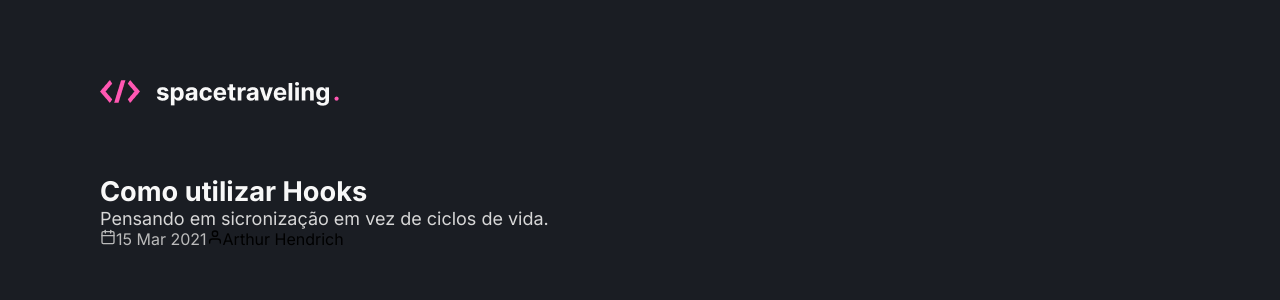
Repository: ArthurHendrich/Ignite-NextJS
Page: /
The author's editor kept a copy of each file at every save. The page is drawn from the files as they stood at one save, then again after the next save.
The browser window is 1280 px wide. The pictures show the whole page.
The project was rebuilt for these pictures with package versions that can differ from the ones it lists, and the page was loaded fresh each time. The framework's server and built-in components were replaced by stand-ins that run in the browser.

Above is the page before, as saved 2022-07-09 15:42:55.

### src/pages/_document.tsx
import Document, { Head, Html, Main, NextScript } from 'next/document';

export default class MyDocument extends Document {
  render() {
    return (
      <Html>
        <Head>
          <link rel="preconnect" href="https://fonts.googleapis.com" />
          <link href="https://fonts.googleapis.com/css2?family=Inter:wght@400;600;700&display=swap" rel="stylesheet" />
        </Head>
        <body>
          <Main />
          <NextScript />
        </body>
      </Html>
    );
  }
}

### src/pages/index.tsx
import { GetStaticProps } from 'next';

import { getPrismicClient } from '../services/prismic';

import commonStyles from '../styles/common.module.scss';
import styles from './home.module.scss';
import { FiCalendar, FiUser } from 'react-icons/fi';

interface Post {
  uid?: string;
  first_publication_date: string | null;
  data: {
    title: string;
    subtitle: string;
    author: string;
  };
}

interface PostPagination {
  next_page: string;
  results: Post[];
}

interface HomeProps {
  postsPagination: PostPagination;
}

export default function Home() {
  return (
    <main className={commonStyles.Container}>
      <div className={styles.Container}>
        <h1>Como utilizar Hooks</h1>
        <p>Pensando em sicronização em vez de ciclos de vida.</p>
        <div className={styles.ContentInfo}>
          <div className={styles.Date}>
            <FiCalendar />
            <span>15 Mar 2021</span>
          </div>
          <div className={styles.Author}>
            <FiUser />
            <span>Arthur Hendrich</span>
          </div>
        </div>
      </div>
    </main>
  );
}

// export const getStaticProps = async () => {
//   const prismic = getPrismicClient({});
//   const postsResponse = await prismic.getByType(TODO);

//   TODO
// };

### src/components/Header/index.tsx
import styles from './header.module.scss';

export default function Header() {
  return (
    <header className={styles.Container}>
        <img src="images/Logo.png" alt="logo"/>
    </header>
  )
}

### src/styles/globals.scss
* {
  box-sizing: border-box;
  margin: 0;
  padding: 0;
}

:root {
  --Highlight: #FF57B2;
  --Heading: #F8F8F8;
  --Background: #1A1D23;
  --Info: #BBBBBB;
  --Body: #D7D7D7;
}


@media (max-width: 1080px) {
  html {
    font-size: 93.75%;
  }
}

@media (max-width: 720px) {
  html {
    font-size: 87.5%;
  }
}

body{
  background: var(--Background);
}

body, input, textarea, select, button {
  font: 400 1rem 'Inter', sans-serif;
}

button {
  cursor: pointer;
}

a {
  color: inherit;
  text-decoration: none;
}

### src/styles/common.module.scss
.Container {
  max-width: 1080px;
  margin: 0 auto;
}

### src/pages/home.module.scss
.Container {
  margin-top: 4.0625rem;

  h1 {
    font-size: 1.7rem;
    color: var(--Heading);
  }

  p {
    font-size: 1.125rem;
    color: var(--Body);
  }

  .ContentInfo {
    display: flex;
    align-items: center;

    .Date {
      color: var(--Info);
    }
  }
}

### src/components/Header/header.module.scss
.Container {
  max-width: 1080px;
  margin: 0 auto;
  margin-top: 5rem;
}

Loaded but not shown: src/pages/_app.tsx (common file)

After the next save:
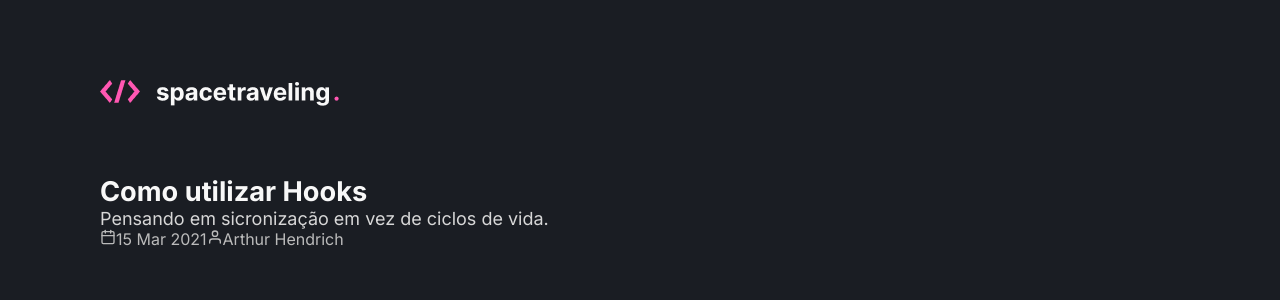
Saved 6 s later.
--- a/src/pages/home.module.scss
+++ b/src/pages/home.module.scss
@@ -15,8 +15,8 @@
     display: flex;
     align-items: center;
 
+    color: var(--Info);
     .Date {
-      color: var(--Info);
     }
   }
 }
